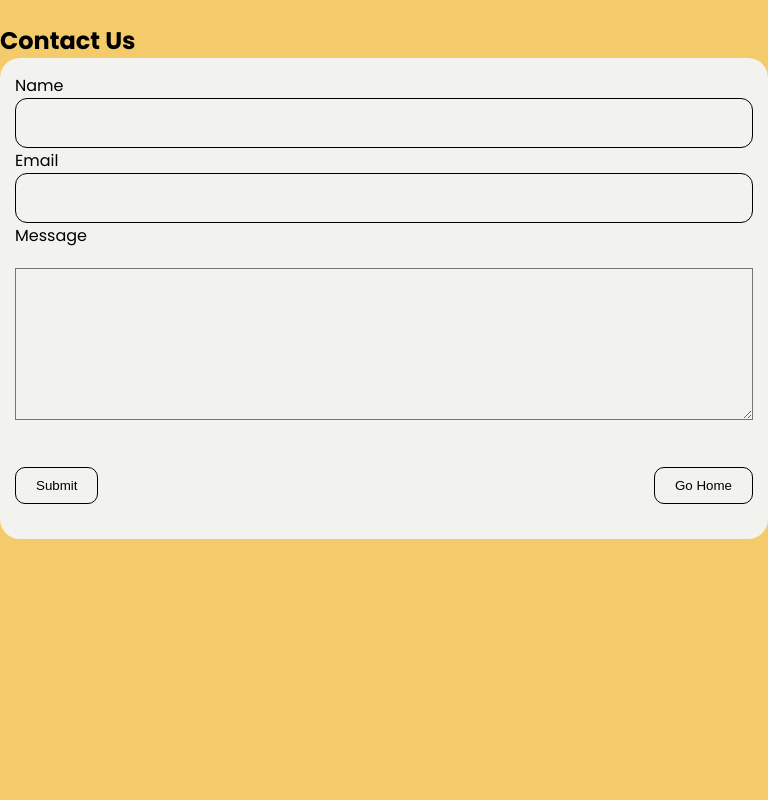
Repository: ble-syn/Random-user-generator-app
Page: /contact
An editor plug-in stored every save of this project. The page is shown before and after the next save, followed by the edit.
The browser window is 768 px wide. The pictures show the whole page.
The project was rebuilt for these pictures with package versions that can differ from the ones it lists, and the page was loaded fresh each time. Also part of the build but not shown: src/components/Navbar.jsx, src/components/pagination.jsx, src/components/User.jsx, src/pages/Home.jsx, src/components/ErrorFallback.jsx, src/pages/About.jsx, src/pages/Vision.jsx, src/pages/Mission.jsx and 1 more.

Above is the page before, as saved 2022-10-28 19:57:10.

### src/index.css
@import url("https://fonts.googleapis.com/css2?family=Poppins:ital,wght@0,200;0,300;0,400;0,500;0,600;0,700;1,400&display=swap");
*{
  margin: 0;
  padding: 0;
  box-sizing: border-box;
}
a {
  text-decoration: none;
  color: #000;
}
ul{
  list-style: none;
}
body {
  background-color: #F4CB6B;
  font-family: "Poppins", sans-serif;
}
button {
  margin: 20px 0;
  padding:10px 20px;
  background: none;
  border-radius: 10px;
  border: 1px solid black;
}

.container {
  width: 100%;
  max-width: 1300px;
  margin: 3% auto;

}

nav {
  display: flex;
  justify-content: first baseline;
  margin-bottom: 100px;
}
.logo{
  margin-right: 5px;
}
.menu {
  margin: 0 20px;
}

.home-container{
  display: flex;
  align-items: center;
}
/* LEFT STYLES */
#left {
  flex: 5;
}
#left h1 {
  font-size: 3rem;
  font-weight: 700;
  margin-bottom: 20px;
}
#left p {
  font-size: 1.2rem;
  margin-bottom: 20px;
}
.search-input {
  width: 80%;
  background-color: #dadada;
  border-radius: 12px;
  border: none;
  display: flex;
  place-items: center;
  padding-left: 15px;
  margin: 50px 0;
}
.search-input input{
  border: none;
}
input {
  border: 1px solid black;
  border-radius: 12px;
  background-color: inherit;
  width: 100%;
  height: 50px;
  padding-left: 5px;
  font-size: 20px;
}
input:focus {
  outline: none;
}
input::placeholder {
  color: #171717;
}
.user-link-cont {
  margin-top: 70px;
}
.user-link{
  margin-right: 80px;
  padding: 30px;
  border-radius: 10px;
  color: #FFF;
  cursor: pointer;
  border: none;
  box-shadow: 0px 2px 5px  rgba(0, 0, 0, 0.5);
}
.all-user {
  background-color: #BF9679;
}
.f-user{
  background-color: #F97661;
}
.m-user{
background-color: #8DCC50;
}

#right{

  flex: 5;
  margin-left: 20px;
  background-color: #F2F2EF;
  border-radius: 20px;
  padding: 15px 30px;

}

.usercard {
  background-color: #F2F2EF;
  border-radius: 20px;
  display: flex;
  justify-content: space-between;
  align-items: center;
  padding: 20px;
  margin: 20px 0;
  box-shadow: 0px 2px 5px rgba(0, 0, 0, 0.5);
}

.usercard img {
 border: 5px solid #BF9679;;
  border-radius: 50%;
  margin: 5px 0;
}

.pagination {
  display: flex;
  justify-content: center;
  align-items: center;
  gap: 12px;
  margin: 20px 0;
}

.pagination-num {
  display: flex;
  justify-content: center;
  align-items: center;
  gap: 12px;
}

.pagination-child,
.prev,
.next {
  opacity: 1;
  border: 1px solid #000;
  padding: 8px 16px;
  cursor: pointer;
  border-radius: 10px;
  transition: all 0.3s ease;
}

.pagination-child:hover,
.prev:hover,
.next:hover {
  transform: scale(1.1);
}

.disabled {
  opacity: 0.5;
  cursor: not-allowed;
}
.notfound {
  display: flex;
  flex-direction: column;
  justify-content: center;
  align-items: center;
  height: 70vh;
  font-size: 2rem;
  font-weight: 700;
}
.notfound img{
  height: 200px;
}


textarea {
  width: 100%;
  margin: 20px 0;
  background: none;
}
.c-btn {
  display: flex;
  justify-content: space-between;
}
@media (max-width: 768px){
  .home-container{
    display: block;
  }
  #right{
    margin-left: 0;
    padding: 15px;

  }
  .usercard {
    flex-wrap: wrap;
    padding: 10px;

  }
}

### src/App.js
import { BrowserRouter as Router, Routes, Route, Navigate} from "react-router-dom";
import Navbar from "./components/Navbar";
import Home from "./pages/Home";
import About from "./pages/About";
import Policy from "./pages/Vision";
import Terms from "./pages/Mission";
import Contact from "./pages/Contact";
import NotFound from "./pages/NotFound";
import Mission from "./pages/Mission";
import Vision from "./pages/Vision";

function App() {
  return (
    <div className="container">
      <Router>
        <Routes>
          <Route path="/" element={<Home />} />
          <Route path="/about" element={<About />}>
            <Route path="mission" element={<Mission />} />
            <Route path="vision" element={<Vision />} />
          </Route>
          <Route path="/contact" element={<Contact />} />
          <Route path="/not-found" element={<NotFound />} />
          <Route path="*" element={<Navigate to="/not-found" />} />
        </Routes>
      </Router>

    </div>
  );
}

export default App;

### src/pages/Contact.jsx
import React from "react";
import {useNavigate} from "react-router-dom";

function Contact() {
  const navigate = useNavigate()
  const  goHome =(event) =>{
    event.preventDefault()
    navigate("/")
}
  return (
    <div className="home-container">
      <div id="left">
        <h2>Contact Us</h2>
      </div>

      <div id="right">
       <form>
          <label htmlFor="name">Name</label>
          <input type="text" name="name" id="name" />
          <label htmlFor="email">Email</label>
          <input type="email" name="email" id="email" />
          <label htmlFor="message">Message</label>
          <textarea name="message" id="message" cols="30" rows="10"></textarea>
          <div className="c-btn">
            <button type="submit">Submit</button>
            <button onClick={goHome}>Go Home</button>
          </div>

       </form>

      </div>
    </div>
  );
}

export default Contact;

Loaded but not shown: public/index.html (common file); src/index.js (common file); src/reportWebVitals.js (common file)

After the next save:
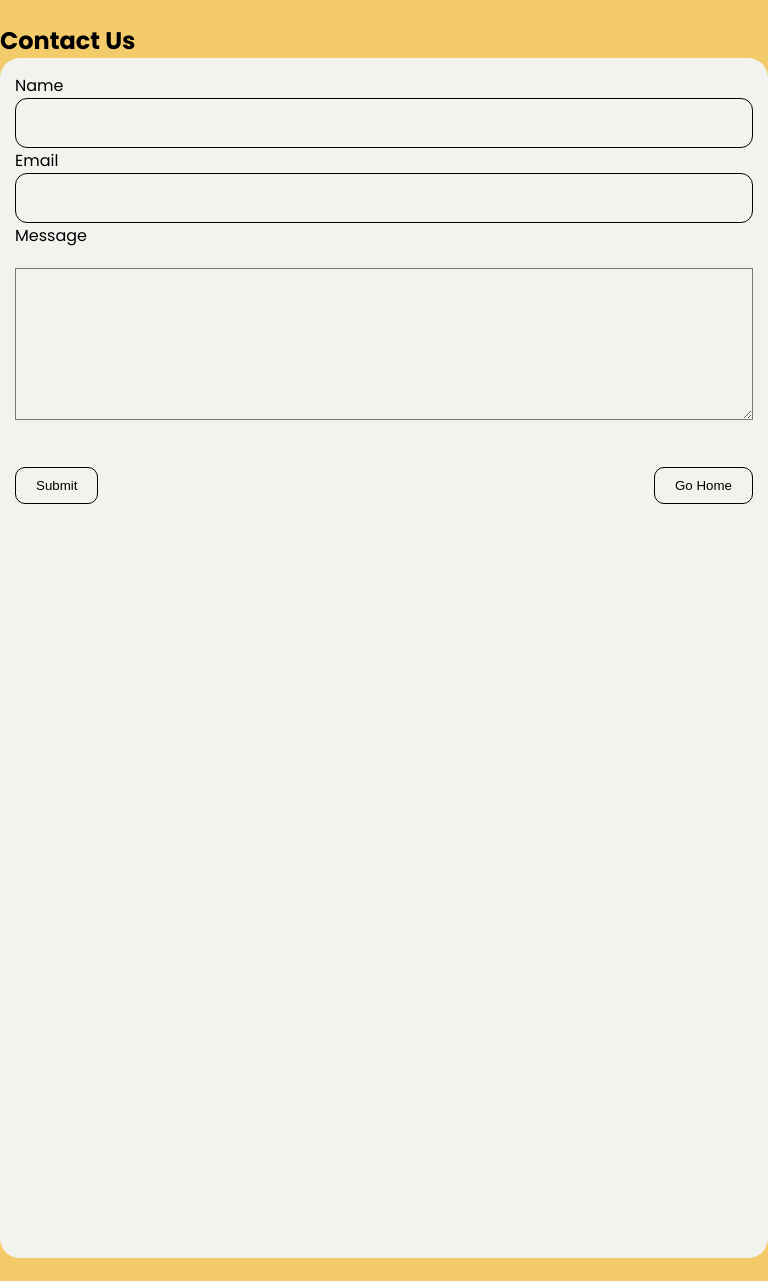
Saved 10 s later.
--- a/src/index.css
+++ b/src/index.css
@@ -200,6 +200,7 @@ textarea {
     display: block;
   }
   #right{
+    height: 150vh;
     margin-left: 0;
     padding: 15px;
 
